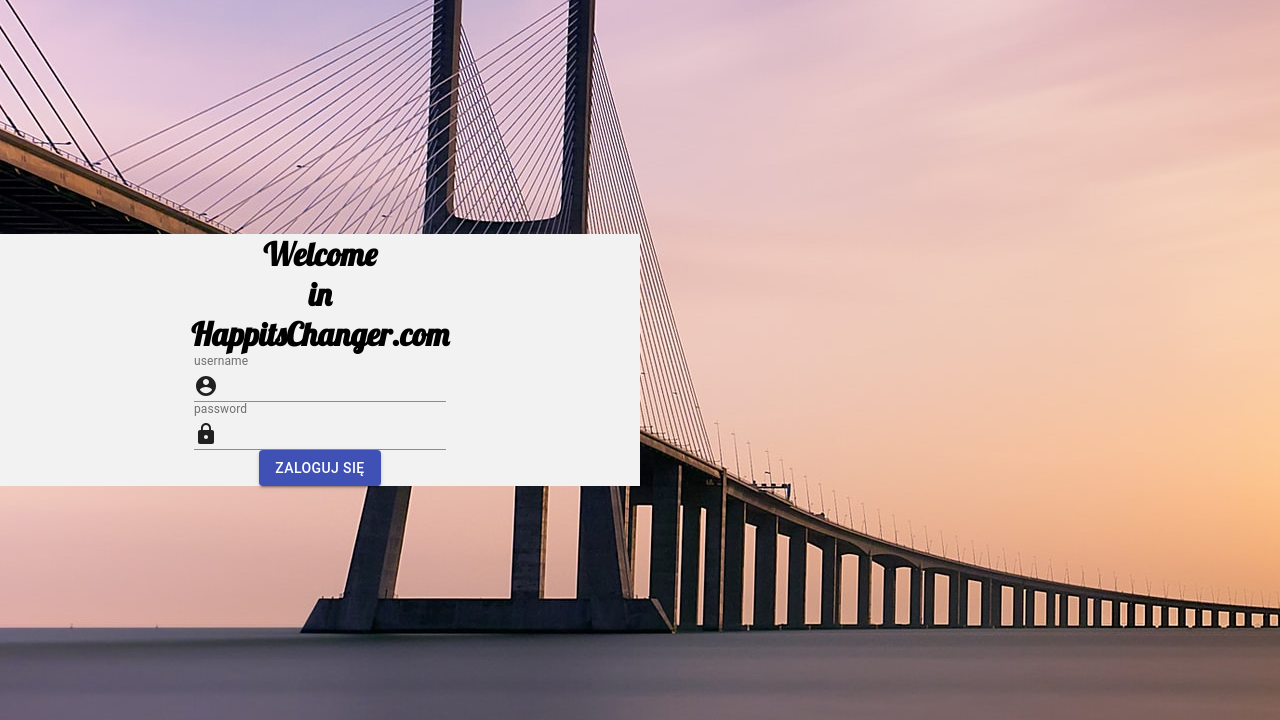
Repository: pgruca96/HappitsChanger
Page: /
The author's editor kept a copy of each file at every save. The page is drawn from the files as they stood at one save, then again after the next save.
The browser window is 1280 px wide. The pictures show the whole page.
The project was rebuilt for these pictures with package versions that can differ from the ones it lists, and the page was loaded fresh each time.

Above is the page before, as saved 2020-10-25 16:58:46.

### public/index.html
<!DOCTYPE html>
<html lang="en">

<head>
  <meta charset="utf-8" />
  <link rel="icon" href="%PUBLIC_URL%/favicon.ico" />
  <meta name="viewport" content="width=device-width, initial-scale=1" />
  <meta name="theme-color" content="#000000" />
  <meta name="description" content="Web site created using create-react-app" />
  <link href="https://fonts.googleapis.com/css?family=Lobster" rel="stylesheet" type="text/css">
  <link rel="apple-touch-icon" href="%PUBLIC_URL%/logo192.png" />
  <!--
      manifest.json provides metadata used when your web app is installed on a
      user's mobile device or desktop. See https://developers.google.com/web/fundamentals/web-app-manifest/
    -->
  <link rel="manifest" href="%PUBLIC_URL%/manifest.json" />
  <!--
      Notice the use of %PUBLIC_URL% in the tags above.
      It will be replaced with the URL of the `public` folder during the build.
      Only files inside the `public` folder can be referenced from the HTML.

      Unlike "/favicon.ico" or "favicon.ico", "%PUBLIC_URL%/favicon.ico" will
      work correctly both with client-side routing and a non-root public URL.
      Learn how to configure a non-root public URL by running `npm run build`.
    -->
  <title>React App</title>
</head>

<body>
  <noscript>You need to enable JavaScript to run this app.</noscript>
  <div id="root"></div>
  <!--
      This HTML file is a template.
      If you open it directly in the browser, you will see an empty page.

      You can add webfonts, meta tags, or analytics to this file.
      The build step will place the bundled scripts into the <body> tag.

      To begin the development, run `npm start` or `yarn start`.
      To create a production bundle, use `npm run build` or `yarn build`.
    -->
</body>

</html>

### src/App.js
import "./App.css";
import { BrowserRouter as Router, Route } from "react-router-dom";
import LoginPage from "./containers/loginPage";

const App = () => {
  return (
    <div className="app">
      <Router>
        <Route path="/" exact component={LoginPage} />
      </Router>
    </div>
  );
};

export default App;

### src/App.css
*,
*::before,
*::after {
  margin: 0;
  padding: 0;
  box-sizing: border-box;
}

.app {
  min-width: 100vw;
  min-height: 100vh;
}

### src/containers/loginPage/index.js
import React from "react";
import { LoginPageContainer } from "../../styles/LoginPage";
import LoginForm from "../../components/form/index";
import { loginTheme } from "../../styles/colors";
import { Grid, Box } from "@material-ui/core";

const LoginPage = () => {
  return (
    <LoginPageContainer>
      <Grid container alignItems="center">
        <Grid container item xs={12} sm={6}>
          <Grid item xs={12}>
            <Box bgcolor={loginTheme}>
              <LoginForm />
            </Box>
          </Grid>
        </Grid>
      </Grid>
    </LoginPageContainer>
  );
};

export default LoginPage;

### src/styles/LoginPage.js
import styled from "styled-components";
import background from "../assets/login-background.jpg";

export const LoginPageContainer = styled.div`
  display: flex;
  justify-content: flex-end;
  background: url(${background}) left;
  width: 100vw;
  height: 100vh;
`;

### src/components/form/index.js
import React from "react";
import TextField from "@material-ui/core/TextField";
import InputAdornment from "@material-ui/core/InputAdornment";
import AccountCircle from "@material-ui/icons/AccountCircle";
import LockIcon from "@material-ui/icons/Lock";
import Button from "@material-ui/core/Button";
import { useStyles } from "../../styles/Form";
import { Header } from "../../styles/h2";
import { ColumnCenter } from "../../styles/columnCenter";

const LoginForm = () => {
  const { form } = useStyles();
  return (
    <form className={form}>
      <Header>
        Welcome
        <br /> in <br />
        HappitsChanger.com
      </Header>
      <ColumnCenter>
        <TextField
          id="username"
          label="username"
          placement="top"
          InputProps={{
            startAdornment: (
              <InputAdornment position="start">
                <AccountCircle />
              </InputAdornment>
            ),
          }}
        />
        <TextField
          id="password"
          label="password"
          InputProps={{
            startAdornment: (
              <InputAdornment position="start">
                <LockIcon />
              </InputAdornment>
            ),
          }}
        />
        <Button variant="contained" color="primary">
          Zaloguj się
        </Button>
      </ColumnCenter>
    </form>
  );
};

export default LoginForm;

### src/styles/colors.js
export const loginTheme = "#f2f2f2";

### src/styles/Form.js
import { makeStyles } from "@material-ui/core/styles";

export const ColumnCenter = {
  display: "flex",
  flexDirection: "column",
  justifyContent: "center",
  alignItems: "center",
};

export const useStyles = makeStyles((theme) => ({
  form: {
    background: "inherit",
    display: "flex",
    flexDirection: "column",
    justifyContent: "center",
    alignItems: "center",
    // padding: theme.spacing(3, 6),
  },
  // margin: {
  //   margin: theme.spacing(3, 6),
  // },
}));

### src/styles/h2.js
import styled from "styled-components";

export const Header = styled.h2`
  font-family: Lobster, open-sans;
  font-size: 2rem;
  text-align: center;
`;

### src/styles/columnCenter.js
import styled from "styled-components";

export const ColumnCenter = styled.div`
  display: flex;
  flex-direction: column;
  justify-content: space-around;
  align-items: center;
`;

Loaded but not shown: src/index.js (common file); src/index.css (common file); src/reportWebVitals.js (common file)

After the next save:
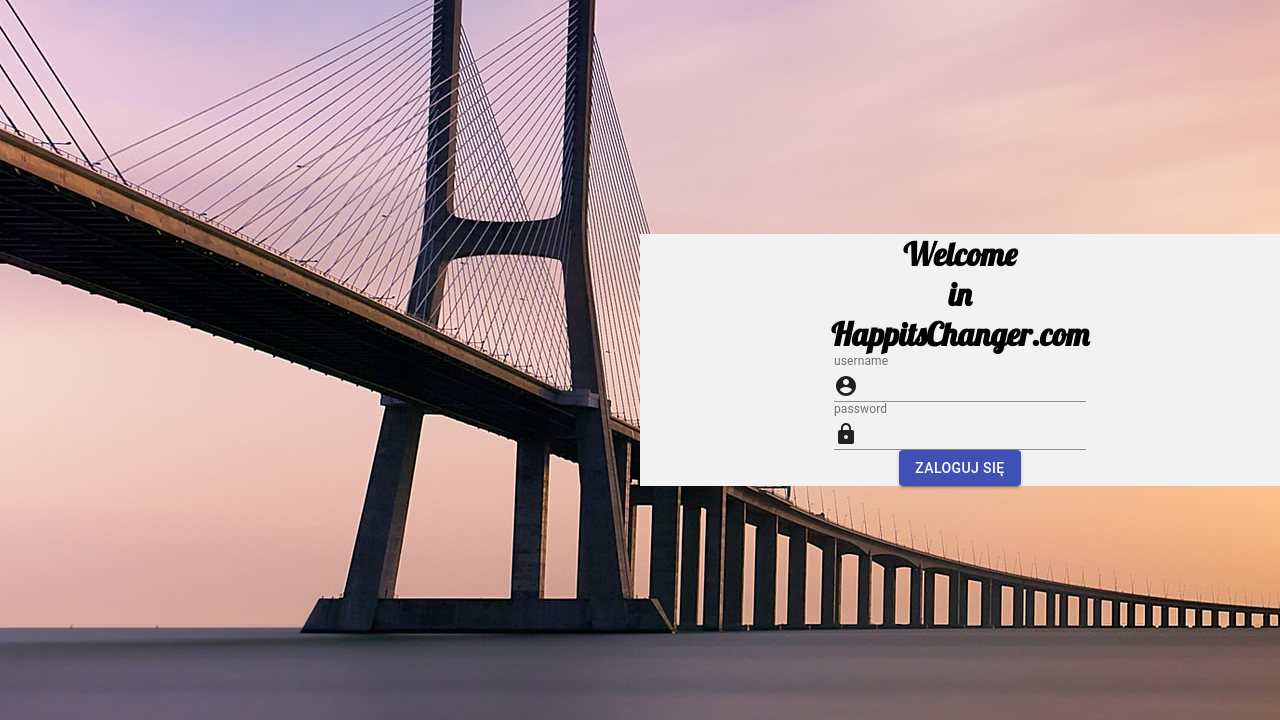
Saved 14 s later.
--- a/src/containers/loginPage/index.js
+++ b/src/containers/loginPage/index.js
@@ -7,7 +7,7 @@
 const LoginPage = () => {
   return (
     <LoginPageContainer>
-      <Grid container alignItems="center">
+      <Grid container alignItems="center" justify="flex-end">
         <Grid container item xs={12} sm={6}>
           <Grid item xs={12}>
             <Box bgcolor={loginTheme}>
